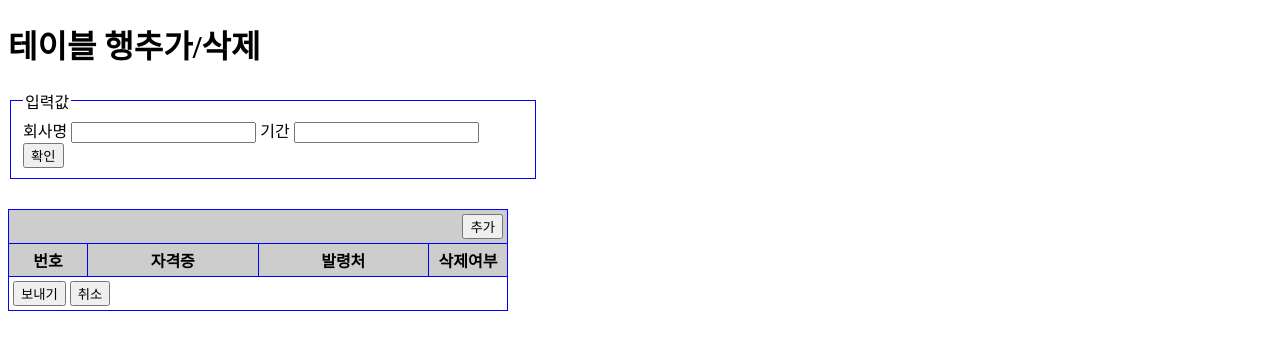
Repository: CHOKIHO/html
Page: work/0110/WebContent/work01.html
An editor plug-in stored every save of this project. The page is shown before and after the next save, followed by the edit.
The browser window is 1280 px wide. The pictures show the whole page.

Above is the page before, as saved 2017-01-10 08:39:00.

After the next save:
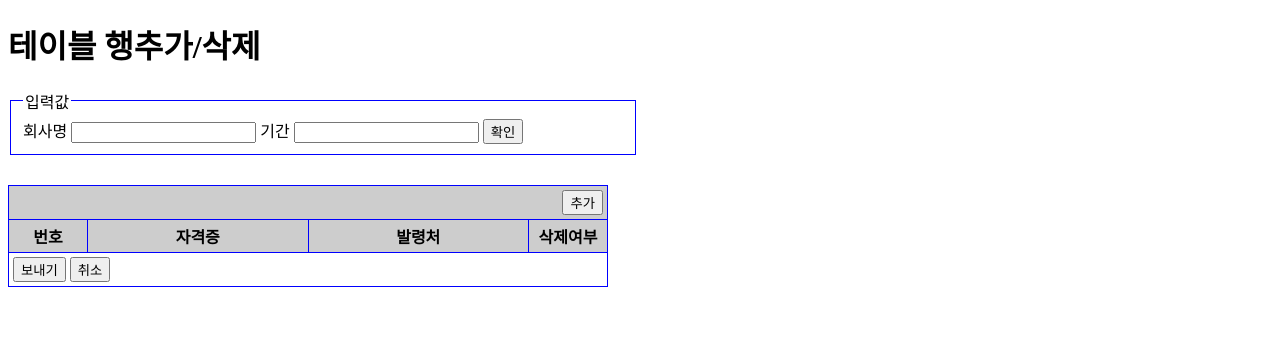
Saved 23 s later.
--- a/work/0110/WebContent/work01.html
+++ b/work/0110/WebContent/work01.html
@@ -7,14 +7,14 @@
 <style type="text/css">
 
 	body form fieldset {
-		width:500px;
+		width:600px;
 		border: 1px solid blue;
 		border-collapse: collapse;
 		margin-bottom: 30px;
 	}
 
 	body table {
-		width:500px;
+		width:600px;
 		border: 1px solid blue;
 		border-collapse: collapse;
 	}
